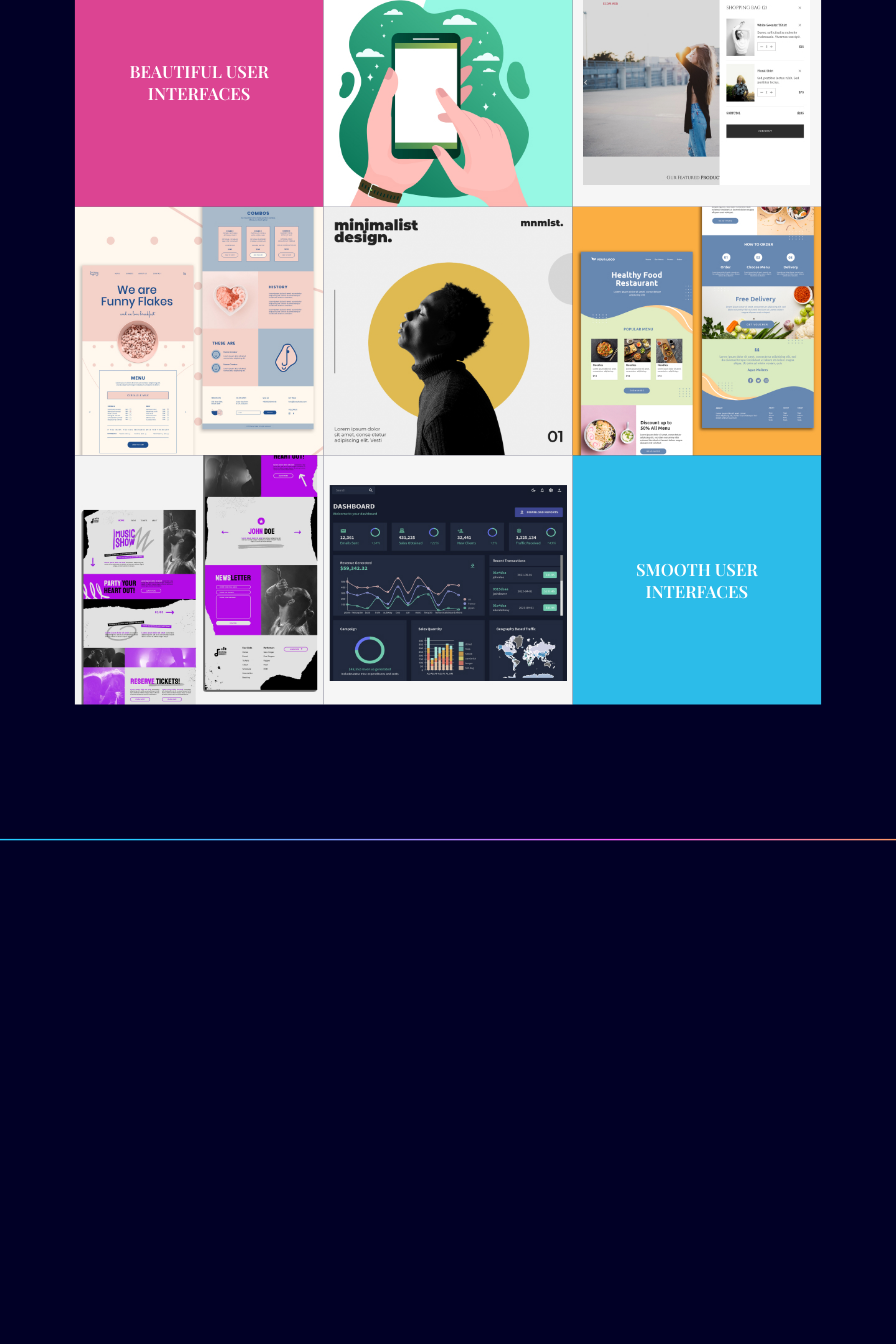
Repository: thibaultNicolas/portfolio-react
Page: /
An editor plug-in stored every save of this project. The page is shown before and after the next save, followed by the edit.
The browser window is 1280 px wide. The pictures show the part of the page from y = 2039 to 3959 px (the page is 3959 px tall), at 70% of full size.
The project was rebuilt for these pictures with package versions that can differ from the ones it lists, and the page was loaded fresh each time. Also part of the build but not shown: next.config.ts.

Above is the page before, as saved 2023-01-08 11:57:42.

### public/index.html
<!DOCTYPE html>
<html lang="en">

<head>
  <meta charset="utf-8" />
  <link rel="icon" href="%PUBLIC_URL%/favicon.ico" />
  <meta name="viewport" content="width=device-width, initial-scale=1" />
  <meta name="theme-color" content="#000000" />
  <meta name="description" content="Web site created using create-react-app" />
  <link rel="apple-touch-icon" href="%PUBLIC_URL%/logo192.png" />
  <!--
      manifest.json provides metadata used when your web app is installed on a
      user's mobile device or desktop. See https://developers.google.com/web/fundamentals/web-app-manifest/
    -->
  <link rel="manifest" href="%PUBLIC_URL%/manifest.json" />
  <!--
      Notice the use of %PUBLIC_URL% in the tags above.
      It will be replaced with the URL of the `public` folder during the build.
      Only files inside the `public` folder can be referenced from the HTML.

      Unlike "/favicon.ico" or "favicon.ico", "%PUBLIC_URL%/favicon.ico" will
      work correctly both with client-side routing and a non-root public URL.
      Learn how to configure a non-root public URL by running `npm run build`.
    -->
  <title>React App</title>
  <link href="/public/output.css" rel="stylesheet">
</head>

<body>
  <noscript>You need to enable JavaScript to run this app.</noscript>
  <div id="root"></div>
  <!--
      This HTML file is a template.
      If you open it directly in the browser, you will see an empty page.

      You can add webfonts, meta tags, or analytics to this file.
      The build step will place the bundled scripts into the <body> tag.

      To begin the development, run `npm start` or `yarn start`.
      To create a production bundle, use `npm run build` or `yarn build`.
    -->
</body>

</html>

### src/index.css
@import url('https://fonts.googleapis.com/css2?family=Open+Sans:wght@400;600&family=Playfair+Display:wght@400;600&display=swap');

@tailwind base;
@tailwind components;
@tailwind utilities;

html,
body,
#root,
.app{
    height: 100%;
    background-color: #010026;
    @apply text-white;
}

### src/scenes/Navbar.jsx
import { useState } from 'react';
import AnchorLink from 'react-anchor-link-smooth-scroll';
import useMediaQuery from '../hooks/useMediaQuery';

const Link = ({ page, selectedPage, setSelectedPage }) => {
    const lowerCasePage = page.toLowerCase();
    return (
        <AnchorLink
            className={`${selectedPage === lowerCasePage ? 'text-yellow' : ''}
            hover:text-yellow transition duration-500`}
            href={`#${lowerCasePage}`}
            onClick={() => setSelectedPage(lowerCasePage)}
        >
            {page}
        </AnchorLink>
    );
};

const Navbar = ({ isTopOfPage, selectedPage, setSelectedPage }) => {
    const [isMenuToggled, setIsMenuToggled] = useState(false);
    const isAboveSmallScreens = useMediaQuery('(min-width:768px)');
    const navbarBackground = isTopOfPage ? "" : "bg-red";

    return (
        <nav className={`${navbarBackground} z-40 w-full fixed top-0 py-6`}>
            <div className="flex items-center justify-between mx-auto w-5/6">
                <h4 className="font-playfair text-3xl font-bold">NT</h4>

                {/* DESKTOP NAV */}
                {isAboveSmallScreens ? (
                    <div className="flex justify-between gap-16 font-openSans txt-sm font-semibold">
                        <Link
                            page="Home"
                            selectedPage={selectedPage}
                            setSelectedPage={setSelectedPage}
                        />
                        <Link
                            page="Skills"
                            selectedPage={selectedPage}
                            setSelectedPage={setSelectedPage}
                        />
                        <Link
                            page="Projects"
                            selectedPage={selectedPage}
                            setSelectedPage={setSelectedPage}
                        />
                        <Link
                            page="Testimonials"
                            selectedPage={selectedPage}
                            setSelectedPage={setSelectedPage}
                        />
                        <Link
                            page="Contact"
                            selectedPage={selectedPage}
                            setSelectedPage={setSelectedPage}
                        />
                    </div>
                ) : (
                    <button
                        className="rounded-full bg-red p-2"
                        onClick={() => setIsMenuToggled(!isMenuToggled)}
                    >
                        <img src="../assets/menu-icon.svg" alt="menu-icon" />
                    </button>
                )}

                {/* MOBILE MENU POPUP */}
                {!isAboveSmallScreens && isMenuToggled && (
                    <div className="fixed right-0 bottom-0 h-full bg-blue w-[300px]">
                        {/* CLOSE ICON */}
                        <div className="flex justify-end p-12">
                            <button
                                onClick={() => setIsMenuToggled(!isMenuToggled)}
                            >
                                <img
                                    src="../assets/close-icon.svg"
                                    alt="close-icon"
                                />
                            </button>
                        </div>
                        {/* MENU ITEMS */}
                        <div className="flex flex-col gap-10 ml-[33%] text-2xl text-deep-blue">
                            <Link
                                page="Home"
                                selectedPage={selectedPage}
                                setSelectedPage={setSelectedPage}
                            />
                            <Link
                                page="Skills"
                                selectedPage={selectedPage}
                                setSelectedPage={setSelectedPage}
                            />
                            <Link
                                page="Projects"
                                selectedPage={selectedPage}
                                setSelectedPage={setSelectedPage}
                            />
                            <Link
                                page="Testimonials"
                                selectedPage={selectedPage}
                                setSelectedPage={setSelectedPage}
                            />
                            <Link
                                page="Contact"
                                selectedPage={selectedPage}
                                setSelectedPage={setSelectedPage}
                            />
                        </div>
                    </div>
                )}
            </div>
        </nav>
    );
};

export default Navbar;

### src/scenes/DotGroup.jsx
import AnchorLink from 'react-anchor-link-smooth-scroll';
const DotGroup = ({ selectedPage, setSelectedPage }) => {
    const selectedStyles = `relative bg-yellow before:absolute before:w-6 before:h-6
    before:rounded-full before:border-2 before:border-yellow before:left-[-50%]
    before:top-[-50%]`;
    return (
        <div className="flex flex-col gap-6 fixed top-[60%] right-7">
            <AnchorLink
                className={`${selectedPage === 'home' ? selectedStyles : 'bg-dark-grey'}
            w-3 h-3 rounded-full`}
                href="#home"
                onClick={() => setSelectedPage('home')}
            />
            <AnchorLink
                className={`${selectedPage === 'skills' ? selectedStyles : 'bg-dark-grey'}
            w-3 h-3 rounded-full`}
                href="#skills"
                onClick={() => setSelectedPage('skills')}
            />
            <AnchorLink
                className={`${selectedPage === 'projects' ? selectedStyles : 'bg-dark-grey'}
            w-3 h-3 rounded-full`}
                href="#projects"
                onClick={() => setSelectedPage('projects')}
            />
            <AnchorLink
                className={`${selectedPage === 'testimonials' ? selectedStyles : 'bg-dark-grey'}
            w-3 h-3 rounded-full`}
                href="#testimonials"
                onClick={() => setSelectedPage('testimonials')}
            />
            <AnchorLink
                className={`${selectedPage === 'contact' ? selectedStyles : 'bg-dark-grey'}
            w-3 h-3 rounded-full`}
                href="#contact"
                onClick={() => setSelectedPage('contact')}
            />
        </div>
    );
};
export default DotGroup;

### src/scenes/Landing.jsx
import SocialMediaIcons from '../components/SocialMediaIcons';
import useMediaQuery from '../hooks/useMediaQuery';
import { motion } from 'framer-motion';
import AnchorLink from 'react-anchor-link-smooth-scroll';

const Landing = ({ setSelectedPage }) => {
    const isAboveMediumScreens = useMediaQuery('(min-width:1060px)');

    return (
        <section
            id="home"
            className="md:flex md:justify-between md:items-center md:h-full gap-16 py-10"
        >
            {/* IMAGE SECTION */}
            <div className="md:order-2 flex justify-center basis-3/5 z-10 mt-16 md:mt-32">
                {isAboveMediumScreens ? (
                    <div className="relative z-0 ml-20 before:absolute before:-top-20 before:-left-20 before:rounded-t-[400px] before:w-full before:max-w-[400px] before:h-full before:border-2 before:border-blue before:z-[-1]">
                        <img
                            src="assets/profile-image.png"
                            alt="profile"
                            className="hover:filter hover:saturate-200 transition duration-500 z-10 w-full max-w-[400px] md:max-w-[600px]"
                        />
                    </div>
                ) : (
                    <img
                        src="assets/profile-image.png"
                        alt="profile"
                        className="hover:filter hover:saturate-200 transition duration-500 z-10 w-full max-w-[400px] md:max-w-[600px]"
                    />
                )}
            </div>

            {/* MAIN SECTION */}
            <div className="z-30 basis-2/5 mt-12 md:mt-32">
                {/* HEADING SECTION */}
                <motion.div
                    initial="hidden"
                    whileInView="visible"
                    viewport={{ once: true, amount: 0.5 }}
                    transition={{ duration: 0.5 }}
                    variants={{
                        hidden: { opacity: 0, x: -50 },
                        visible: { opacity: 1, x: 0 },
                    }}
                >
                    <p className="text-6xl font-playfair z-10 text-center md:text-start">
                        Nicolas {''}
                        <span
                            className="xs:relative xs:text-deep-blue xs:font-semibold z-20
                        xs:before:content-brush before:absolute before:-left-[25px] before:-top-[70px] before:z-[-1]
                        "
                        >
                            Thibault
                        </span>
                    </p>
                    <p className="mt-10 mb-7 text-sm text-center md:text-start">
                        Lorem ipsum dolor sit amet, consectetur adipiscing elit,
                        sed do eiusmod tempor incididunt ut labore et dolore
                        magna aliqua. Ut enim ad minim veniam.
                    </p>
                </motion.div>

                {/* CALL TO ACTION */}
                <motion.div
                    className="flex mt-5 justify-center md:justify-start"
                    initial="hidden"
                    whileInView="visible"
                    viewport={{ once: true, amount: 0.5 }}
                    transition={{ delay: 0.2, duration: 0.5 }}
                    variants={{
                        hidden: { opacity: 0, x: -50 },
                        visible: { opacity: 1, x: 0 },
                    }}
                >
                    <AnchorLink
                        className="bg-gradient-rainblue txt-deep-blue rounded-sm py-3 px-7 font-semibold hover:bg-blue hover:text-white transition duration-500"
                        onClick={() => setSelectedPage('contact')}
                        href="#contact"
                    >
                        Contact Me
                    </AnchorLink>

                    <AnchorLink
                        className="rounded-r-sm bg-gradient-rainblue py-0.5 pr-0.5"
                        onClick={() => setSelectedPage('contact')}
                        href="#contact"
                    >
                        <div className="bg-deep-blue hover:text-red transition duration-500 w-full h-full flex items-center justify-center font-playfair px-10">
                            Let's talk.
                        </div>
                    </AnchorLink>
                </motion.div>

                <motion.div
                    className="flex mt-5 justify-center md:justify-start"
                    initial="hidden"
                    whileInView="visible"
                    viewport={{ once: true, amount: 0.5 }}
                    transition={{ delay: 0.4, duration: 0.5 }}
                    variants={{
                        hidden: { opacity: 0, x: -50 },
                        visible: { opacity: 1, x: 0 },
                    }}
                >
                    <SocialMediaIcons />
                </motion.div>
            </div>
        </section>
    );
};
export default Landing;

### src/scenes/Projects.jsx
import LineGradient from '../components/LineGradient';
import useMediaQuery from '../hooks/useMediaQuery';
import { motion } from 'framer-motion';

const container = {
    hidden: {},
    visible: {
        transition: { staggerChildren: 0.2 },
    },
};

const projectVariant = {
    hidden: { opacity: 0, scale: 0.8 },
    visible: { opacity: 1, scale: 1 },
};

const Project = ({ title }) => {
    const projectTitle = title.split(' ').join('-').toLowerCase();
    const overlayStyles = `absolute h-full w-full opacity-0 hover:opacity-90 transition duration-500 bg-grey z-30 flex flex-col justify-center items-center text-center p-16 text-deep-blue`;

    return (
        <motion.div variants={projectVariant} className="relative">
            <div className={overlayStyles}>
                <p className="text-2xl font-playfair">{title}</p>
                <p className="mt-7">
                    Lorem ipsum dolor sit amet, consectetur adipiscing elit, sed
                    do eiusmod tempor incididunt ut labore et dolore magna
                    aliqua. Ut enim ad minim veniam.
                </p>
            </div>
            <img src={`../assets/${projectTitle}.jpeg`} alt={projectTitle} />
        </motion.div>
    );
};

const Projects = () => {
    const isAboveMediumScreens = useMediaQuery('(min-width:1060px)');

    return (
        <section id="projects" className="pt-48 pb-48">
            {/* HEADINGS */}
            <div className="md:flex md:justify-between md:gap-16 mt-32">
                <motion.div
                    className="md:w-2/5 mx-auto text-center"
                    initial="hidden"
                    whileInView="visible"
                    viewport={{ once: true, amount: 0.5 }}
                    transition={{ duration: 0.5 }}
                    variants={{
                        hidden: { opacity: 0, x: -50 },
                        visible: { opacity: 1, x: 0 },
                    }}
                >
                    <div>
                        <p className="font-playfair font-semibold text-4xl">
                            MY <span className="text-red">PRO</span>JECTS
                        </p>
                        <div className="flex justify-center mt-5">
                            <LineGradient width="w-1/3" />
                        </div>
                    </div>

                    <p className="mt-10 mb-10">
                        Lorem ipsum dolor sit amet, consectetur adipiscing elit,
                        sed do eiusmod tempor incididunt ut labore et dolore
                        magna aliqua. Ut enim ad minim veniam.
                    </p>
                </motion.div>
            </div>
            {/* PROJECTS */}
            <div className="flex justify-center">
                <motion.div
                    className="sm:grid sm:grid-cols-2 md:grid-cols-3"
                    initial="hidden"
                    whileInView="visible"
                    viewport={{ once: true, amount: 0.5 }}
                    variants={container}
                >
                    {/* ROW 1 */}
                    <div className="flex justify-center text-center items-center p-10 bg-red max-w-[400px] max-h-[400px] text-2xl font-playfair font-semibold">
                        BEAUTIFUL USER INTERFACES
                    </div>

                    <Project title="Project 1" />
                    <Project title="Project 2" />

                    {/* ROW 2 */}
                    <Project title="Project 3" />
                    <Project title="Project 4" />
                    <Project title="Project 5" />

                    {/* ROW 3 */}
                    <Project title="Project 6" />
                    <Project title="Project 7" />

                    <div className="flex justify-center text-center items-center p-10 bg-blue max-w-[400px] max-h-[400px] text-2xl font-playfair font-semibold">
                        SMOOTH USER INTERFACES
                    </div>
                </motion.div>
            </div>
        </section>
    );
};
export default Projects;

### src/scenes/Testimonials.jsx
import LineGradient from '../components/LineGradient';
import useMediaQuery from '../hooks/useMediaQuery';
import { motion } from 'framer-motion';

const Testimonials = () => {
    const testimonialsStyles = `mx-auto relative max-w-[400px] h-[350px] flex flex-col justify-end pt-16 ,t-48 before:absolute before:top-[-120px] before:-ml-[110px] before:left-1/2`;

    return (
        <section id="testimonials" className="pt-10 pb-24">
            {/* HEADING */}

                <motion.div
                    className="md:w-1/3 text-center md:text-left"
                    initial="hidden"
                    whileInView="visible"
                    viewport={{ once: true, amount: 0.5 }}
                    transition={{ duration: 0.5 }}
                    variants={{
                        hidden: { opacity: 0, x: -50 },
                        visible: { opacity: 1, x: 0 },
                    }}
                >

                </motion.div>
        </section>
    );
};
export default Testimonials;

### src/components/LineGradient.jsx
const LineGradient = ({ width = 'w-full' }) => {
    return (
        <div className={`h-0.5 ${width} bg-gradient-rainblue`}>

        </div>
    )
};

export default LineGradient;

### src/hooks/useMediaQuery.jsx
import { useState, useEffect } from 'react';

const useMediaQuery = (query) => {
    const [matches, setMatches] = useState(false);

    useEffect(() => {
        const media = window.matchMedia(query);
        if (media.matches !== matches) {
            setMatches(media.matches);
        }
        const listener = () => setMatches(media.matches);
        window.addEventListener('resize', listener);
        return () => window.removeEventListener('resize', listener);
    }, [matches, query]);

    return matches;
};

export default useMediaQuery;

### src/components/SocialMediaIcons.jsx

const SocialMediaIcons = () =>{
    return (
        <div className="flex justify-center md:justify-start my-10 gap-7">
            <a
            className="hover:opacity-50 transition duration-500"
            href="https://www.linkedin.com/in/nicolas-thibault-6652b9194/"
            target="_blank"
            rel="noreferrer">
                <img src="../assets/linkedin.png" alt="linkedin-link" />
            </a>
            <a
            className="hover:opacity-50 transition duration-500"
            href="https://www.facebook.com/nicolas.thibault3/"
            target="_blank"
            rel="noreferrer">
                <img src="../assets/facebook.png" alt="facebook-link" />
            </a>
            <a
            className="hover:opacity-50 transition duration-500"
            href="https://www.instagram.com/nicolasthibault_/"
            target="_blank"
            rel="noreferrer">
                <img src="../assets/instagram.png" alt="instagram-link" />
            </a>
        </div>
    )
}
export default SocialMediaIcons;

Loaded but not shown: src/index.js (common file); src/App.js (53 lines, source omitted); tailwind.config.js (41 lines, source omitted); public/output.css (740 lines, source omitted); src/scenes/MySkills.jsx (144 lines, source omitted)

After the next save:
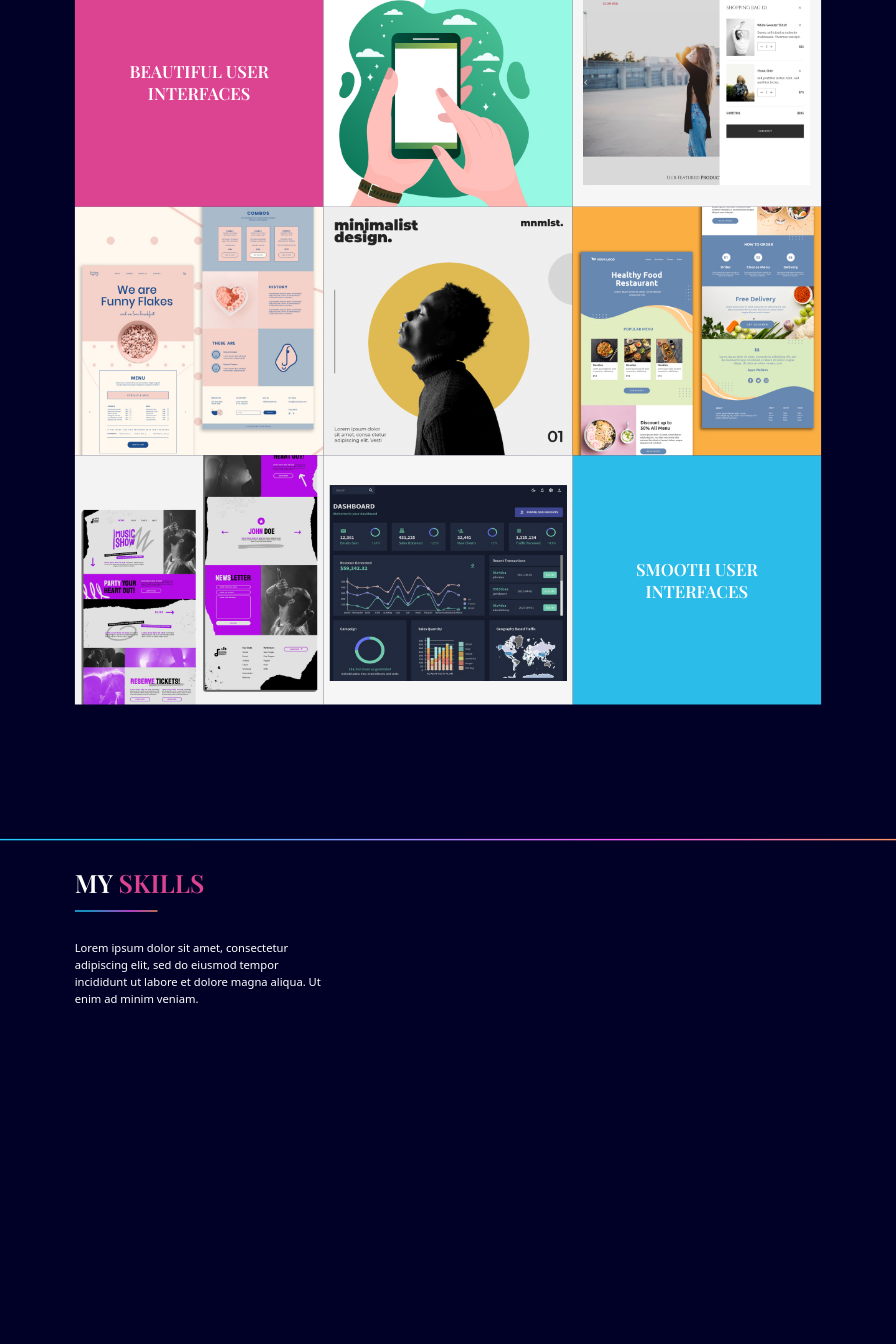
Saved 27 s later.
--- a/src/scenes/Testimonials.jsx
+++ b/src/scenes/Testimonials.jsx
@@ -20,6 +20,15 @@ const Testimonials = () => {
                         visible: { opacity: 1, x: 0 },
                     }}
                 >
+                    <p className="font-playfair font-semibold text-4xl mb-5">
+                        MY <span className="text-red">SKILLS</span>
+                    </p>
+                    <LineGradient width="w-1/3" />
+                    <p className="mt-10 mb-7">
+                        Lorem ipsum dolor sit amet, consectetur adipiscing elit,
+                        sed do eiusmod tempor incididunt ut labore et dolore
+                        magna aliqua. Ut enim ad minim veniam.
+                    </p>
 
                 </motion.div>
         </section>
